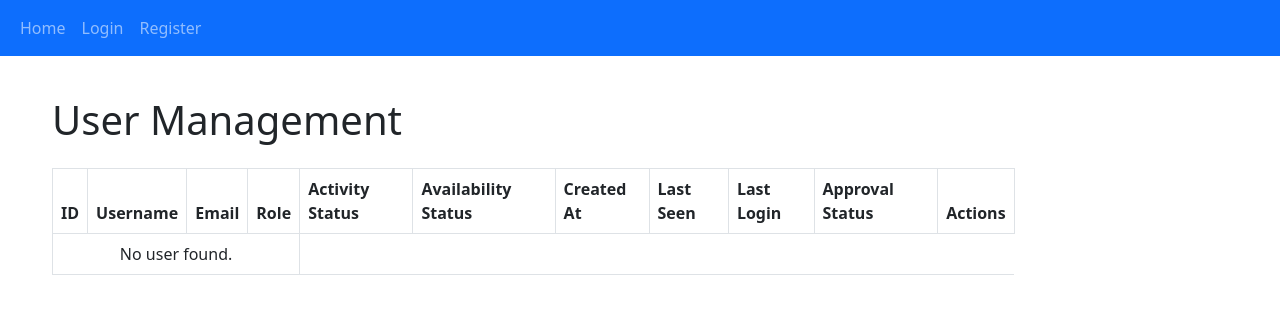
Repository: Matsikembareb/myPowervision
Page: http://localhost/users
These files come from the project's save history. The page is drawn as it stood at one moment and after the next save; the edit follows.
The browser window is 1280 px wide. The pictures show the whole page.
The page is served by the project's application, run on Flask 3 (01prototype/myPowervision/__init__.py).

Above is the page before, as saved 2025-09-26 15:41:37.

After the next save:
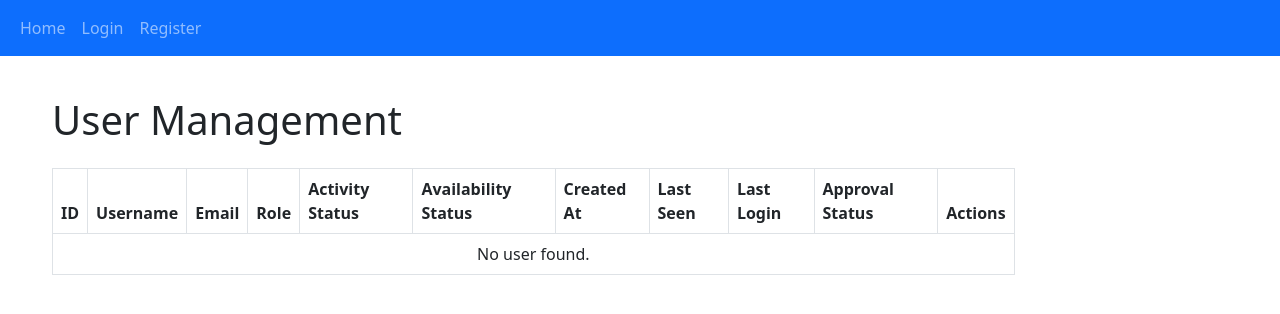
Saved 21 s later.
--- a/01prototype/myPowervision/templates/user_management/users.html
+++ b/01prototype/myPowervision/templates/user_management/users.html
@@ -42,7 +42,7 @@
           </tr>
         {% else %}
           <tr>
-            <td colspan="4" class="text-center">No user found.</td>
+            <td colspan="12" class="text-center">No user found.</td>
           </tr>
         {% endfor %}
       </tbody>
